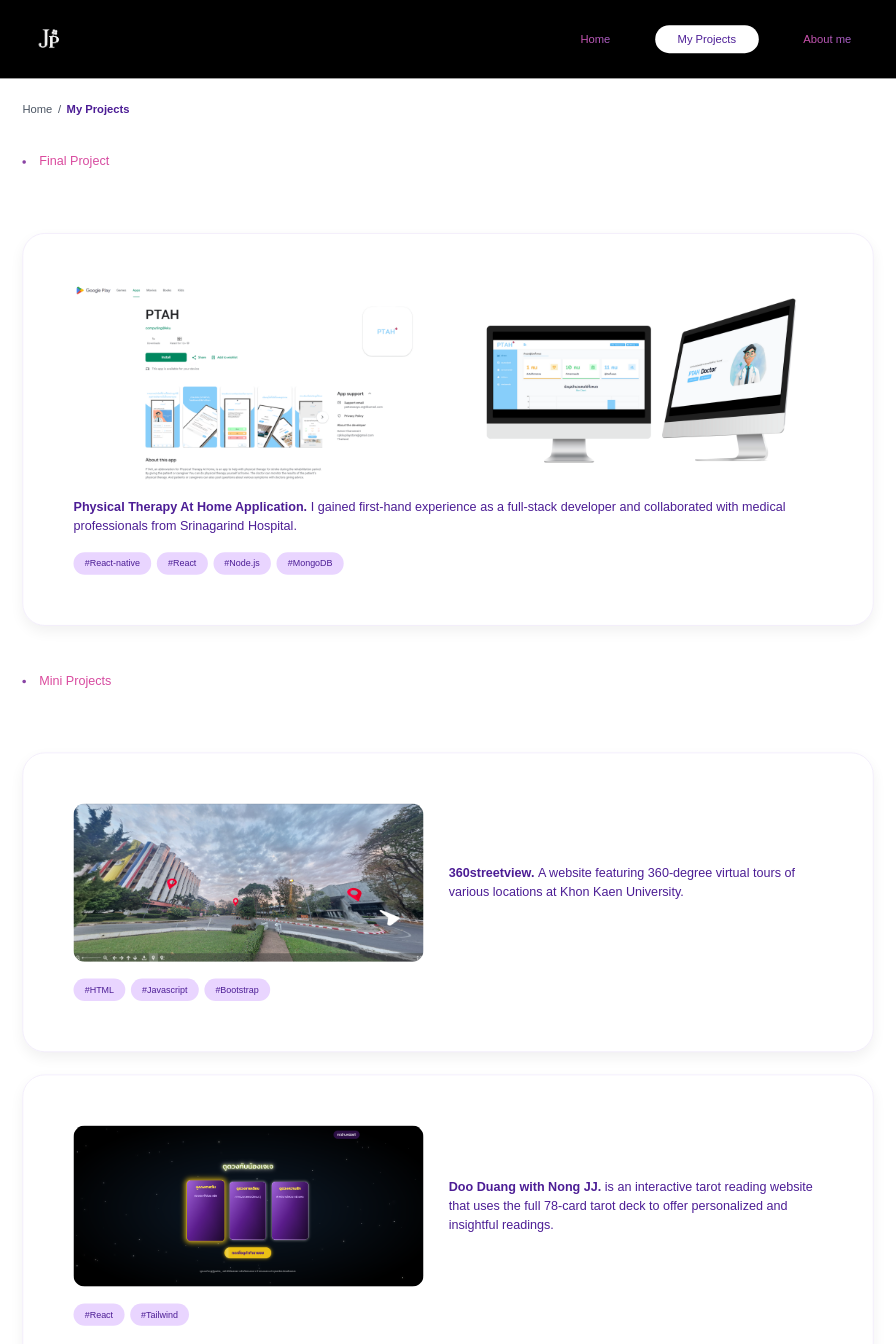
Repository: PattarasayaJJ/Portfolio-jjpatts
Page: /works
These files come from the project's save history. The page is drawn as it stood at one moment and after the next save; the edit follows.
The browser window is 1280 px wide. The pictures show the part of the page from y = 0 to 1920 px (the page is 4365 px tall before and 4650 px after), at 70% of full size.
The project was rebuilt for these pictures with package versions that can differ from the ones it lists, and the page was loaded fresh each time. Also part of the build but not shown: vite.config.js, vite.config.ts, src/header.css, src/components/Hero.jsx, src/components/Aboutme.tsx.

Above is the page before, as saved 2025-08-01 00:14:14.

### index.html
<!doctype html>
<html lang="en">
  <head>
    <meta charset="UTF-8" />
    <link rel="icon" type="image/svg+xml" href="/JPtab.png" />
    <meta name="viewport" content="width=device-width, initial-scale=1.0" />
    <title>JJPatts Portfolio</title>
  </head>
  <body>
    <div id="root"></div>
    <script type="module" src="/src/index.jsx"></script>
  </body>
</html>

### src/index.css
@import 'tailwindcss/base';
@import 'tailwindcss/components';
@import 'tailwindcss/utilities';
@import url('https://fonts.googleapis.com/css2?family=Kanit:wght@400;700&display=swap');

*{
   font-family: 'Kanit', sans-serif;

}

### src/App.jsx
import React from 'react';
import { BrowserRouter as Router, Routes, Route } from 'react-router-dom';
import { Header } from './components/Header';
import { Hero } from './components/Hero';
import { Works } from './components/Works';
import { Aboutme } from './components/Aboutme' ;
import { Footer } from './components/Footer';
export function App() {
  return (
    <Router>
      <div className="w-full min-h-screen bg-white">
        <Header />
        <main className="w-full">
          <Routes>
            <Route path="/" element={<><Hero /> </>} />
            <Route path="/works" element={<><Works /></>}/>
            <Route path="/aboutme" element={<Aboutme />} />


          </Routes>
        </main>
        <Footer />

      </div>
    </Router>
  );
}

### src/components/Header.jsx
import React, { useState } from 'react';
import { Link, useLocation } from 'react-router-dom';
import { MenuIcon, XIcon } from 'lucide-react';
import '../header.css';

export function Header() {
  const [isMenuOpen, setIsMenuOpen] = useState(false);
  const location = useLocation();

  const isActive = (path) => location.pathname === path;

  return (
    <header className="w-full bg-black py-4 px-8 relative">
      <div className="max-w-7xl mx-auto flex justify-between items-center">
        <Link to="/">
          <div className="flex items-center">
            <img src="/JP.png" alt="logo" className="w-20" />
          </div>
        </Link>

        <nav className="hidden md:flex space-x-8">
          <Link
            to="/"
            className={`font-medium px-8 py-2 rounded-full ${
              isActive('/') ? 'bg-white text-purple-600' : 'gradient-text'
            }`}
            style={isActive('/') ? { color: '#4c1d95' } : {}}
          >
            Home
          </Link>
          <Link
            to="/works"
            className={`font-medium px-8 py-2 rounded-full ${
              isActive('/works') ? 'bg-white text-purple-600' : 'gradient-text'
            }`}
            style={isActive('/works') ? { color: '#4c1d95' } : {}}
          >
            My Projects
          </Link>
          <Link
            to="/aboutme"
            className={`font-medium px-8 py-2 rounded-full ${
              isActive('/aboutme') ? 'bg-white text-purple-600' : 'gradient-text'
            }`}
            style={isActive('/aboutme') ? { color: '#4c1d95' } : {}}
          >
            About me
          </Link>
        </nav>

        <button className="md:hidden text-white" onClick={() => setIsMenuOpen(!isMenuOpen)}>
          {isMenuOpen ? <XIcon size={24} /> : <MenuIcon size={24} />}
        </button>
      </div>

      <div
        className={`
          fixed top-0 right-0 w-64 h-full bg-black z-50 transform transition-transform duration-300 ease-in-out
          ${isMenuOpen ? 'translate-x-0' : 'translate-x-full'}
          md:hidden
        `}
      >
        <div className="p-6">
          <button className="text-white mb-8" onClick={() => setIsMenuOpen(false)}>
            <XIcon size={24} />
          </button>
          <nav className="flex flex-col space-y-6">
            <Link
              to="/"
              className={`font-medium px-6 py-2 rounded-full block text-center ${
                isActive('/') ? 'bg-white text-purple-600' : 'gradient-text'
              }`}
              style={isActive('/') ? { color: '#4c1d95' } : {}}
              onClick={() => setIsMenuOpen(false)}
            >
              Home
            </Link>
            <Link
              to="/works"
              className={`font-medium px-6 py-2 rounded-full block text-center ${
                isActive('/works') ? 'bg-white text-purple-600' : 'gradient-text'
              }`}
              style={isActive('/works') ? { color: '#4c1d95' } : {}}
              onClick={() => setIsMenuOpen(false)}
            >
              My Projects
            </Link>
            <Link
              to="/aboutme"
              className={`font-medium px-6 py-2 rounded-full block text-center ${
                isActive('/aboutme') ? 'bg-white text-purple-600' : 'gradient-text'
              }`}
              style={isActive('/aboutme') ? { color: '#4c1d95' } : {}}
              onClick={() => setIsMenuOpen(false)}
            >
              About me
            </Link>
          </nav>
        </div>
      </div>

      {isMenuOpen && (
        <div
          className="fixed inset-0 bg-black bg-opacity-50 z-40 md:hidden"
          onClick={() => setIsMenuOpen(false)}
        />
      )}
    </header>
  );
}

### src/components/Footer.jsx
import React from 'react';

export function Footer() {
  return (
    <footer className="w-full bg-black text-white py-8 px-8">
  <div className="max-w-7xl mx-auto flex flex-col md:flex-row justify-between items-center space-y-6 md:space-y-0">

        <div className="text-center md:text-left gradient-text ">
          <h2 className="text-lg font-semibold">Contact Me</h2>
          <p className="text-sm mt-2">Email: jj.pattarasaya@gmail.com</p>
          <p className="text-sm">Phone: 099-209-5588</p>
          <p className="text-sm">Khon Kaen 40000, Thailand</p>

        </div>

        <div className="flex space-x-4 ">
        <a href="https://github.com/PattarasayaJJ" target="_blank" rel="noopener noreferrer">
        <img src="https://github.githubassets.com/favicons/favicon.png" alt="GitHub" />

  </a>

        </div>
      </div>

      <div className="text-center text-xs text-gray-400 mt-6 ">
        © {new Date().getFullYear()} JJPatts. All rights reserved.
      </div>
    </footer>
  );
}

### src/hero.css

.hero-section {
  max-width: 80rem;
    margin: 0 auto;
    padding: 2rem;
}

.hero-container {
  max-width: 80rem;
  margin: 0 auto;
  display: flex;
  flex-direction: column;
  gap: 2rem;
  justify-content: space-between;
  align-items: center;
}

.hero-image-wrapper {
  position: relative;
  z-index: 10;
  overflow: visible;
}


@keyframes gradientShift {
  0% {
    background: radial-gradient(
      circle at center,
      rgba(244, 114, 182, 0.5),
      rgba(216, 180, 255, 0.3),
      transparent 70%
    );
  }
  50% {
    background: radial-gradient(
      circle at center,
      rgba(129, 140, 248, 0.5),
      rgba(216, 180, 255, 0.4),
      transparent 70%
    );
  }
  100% {
    background: radial-gradient(
      circle at center,
      rgba(244, 114, 182, 0.5),
      rgba(216, 180, 255, 0.3),
      transparent 70%
    );
  }
}


.hero-image-wrapper::before {
  content: "";
  position: absolute;
  top: 50%;
  left: 50%;
  width: 150%;
  height: 150%;
  transform: translate(-50%, -50%);
  filter: blur(80px);
  z-index: 5;
  pointer-events: none;
  animation: gradientShift 5s ease-in-out infinite;
}



.hero-left {
  position: relative;
  width: 100%;
}

@media (min-width: 768px) {
  .interest{
    list-style: none;
    color: #4c1d95;
    font-size: 1.125rem;


  }

  li{
    list-style: disc;
    color: #4d1d95a2;
    line-height: 1.8rem;
    font-size: 1.125rem;


  }
  .hero-container {
    flex-direction: row;
  }
  .hero-left {
    width: 50%;
  }
  .final-project-card-ex {
    border-radius: 2rem;
    padding: 2.5rem;
    box-shadow: 0 8px 20px rgba(0, 0, 0, 0.06);
    border-width:2px;
    border-style:dashed;
    border-color: #4c1d95;
  }
  .hero-right {
    width: 50%;
    text-align: right;
  }
}





.hero-text-box {
  color: #4c1d95;
  max-width: 36rem;
  margin-left: auto;
}



.hero-quote {
  font-size: 1.125rem;
  margin-bottom: 1rem;

}

.hero-name {
  font-weight: 700;
  margin-top: 1rem;


}




@keyframes swingImage {
  0% {
    transform: rotate(0deg);
  }
  25% {
    transform: rotate(-3deg);
  }
  50% {
    transform: rotate(0deg);
  }
  75% {
    transform: rotate(3deg);
  }
  100% {
    transform: rotate(0deg);
  }
}

.hero-main-image {
  width: 100%;
  max-width: 28rem;
  margin: 0 auto;
  position: relative;
  z-index: 20;
  animation: swingImage 5s ease-in-out infinite;
  transform-origin:center;
}


@media (max-width: 767px) {
  .hero-image-wrapper::before {
    width: 100%;
    height: 100%;
    filter: blur(60px);
  }
  .hero-main-image {
    width: 90%;
    max-width: 20rem;
  }

  .hero-text-box {
    max-width: 100%;
    margin-left: 0;
    padding: 0 1rem;
  }
  .hero-quote {
    font-size: 1rem;

  }

  .bottom-caption {
    font-size: 1rem;
    color: #4c1d95;
    align-self: center;
    text-align: center;

  }
  .uxui{
    font-size: 1rem;
    color: #4c1d95;
    text-align: center;
    line-height: 1.5;
    font-weight: bold;

  }
  .final-project-card-ex {
    border-radius: 2rem;
    padding: 2.5rem;
    box-shadow: 0 8px 20px rgba(0, 0, 0, 0.06);
    border-width:2px;
    border-style:dashed;
    border-color: #4c1d95;
  }
  .interest{
    list-style: none;
    color: #4c1d95;

  }
  li{
    font-size: 1rem;
    color: #4d1d95a2;
    line-height: 1.8rem;

  }

}







  @media (min-width: 768px) {
    .experience-title {
      text-align: left;
      font-size: 1.5rem;
    }
  }



  @media (min-width: 768px) {

  }


  @media (min-width: 768px) {
    .bottom-image {
      width:100%;
      max-width: 700px;
      border-radius: 1rem;
    }


    .bottom-caption {
      font-size: 1.125rem;
      color: #4c1d95;
      align-self: center;
      text-align: center;

    }
    .uxui{
      font-size: 1.125rem;
      color: #4c1d95;
      text-align: center;
      line-height: 1.5;
      font-weight: bold;

    }
  }



  .hero-name{
    font-size: 3rem;
  }

  .typing {
    display: inline-block;
    overflow: hidden;
    white-space: nowrap;
    animation: typing 2s steps(13) forwards;
  }

  @keyframes typing {
    from { width: 0 }
    to { width: 13ch }
  }

### src/projects.css
.projects-section {
  max-width: 80rem;
  margin: 0 auto;
  padding: 2rem 1rem;
  background-color: #ffffff;
  width: 100%;
}

.projects-container {
  max-width: 80rem;
  margin: 0 auto;
  display: flex;
  flex-direction: column;
  gap: 2rem;
}

.final-project-card {
  background: linear-gradient(to right, #FFFFFF, #E1D0F9);
  border-radius: 2rem;
  padding: 2rem;
  box-shadow: 0 8px 20px rgba(0, 0, 0, 0.06);
  display: flex;
  flex-direction: column;
  align-items: center;
  gap: 1.5rem;
}

 .minicard{
    background: linear-gradient(to right, #ffffff, #ffffff);
    border-radius: 2rem;
    padding: 2.5rem;
    box-shadow: 0 8px 20px rgba(0, 0, 0, 0.06);
      border: 1px solid #eee7f9; /* สีม่วงเข้ม ชัดๆ */

  }

.final-project-content {
  display: flex;
  flex-direction: row;
  align-items: center;
  justify-content: space-between;
  gap: 2em;
  font-size: 1.125rem;
  color: #4c1d95;
}

.final-project-text {
  width: 100%;
}

.project-title,
.final-project-title {
  font-size: 1.5rem;
  margin-bottom: 1.5rem;
  padding: 2rem 0;
  color: #DD489B;
}

.project-card.mini .project-title {
  color: #9067D3;
}

.final-project-image {
  flex-shrink: 0;
  width: 500px; /* หรือเท่าที่เหมาะสม */
  max-width: 500px;
}

.project-screenshot {
  width: 100%;
  height: auto;
  border-radius: 1rem;
  object-fit: cover;
}
.final-project-content > .final-project-content:last-child {
  flex: 1;
}


.moreproject {
  width: fit-content;
  height: 3rem;
  border-radius: 16px;
  display: flex;
  align-items: center;
  justify-content: center;
  font-size: 1.125rem;
  cursor: pointer;
  transition: background-color 0.3s, transform 0.2s;
  text-decoration: none;
  margin: 2rem auto 0;
  box-shadow: 0 4px 10px rgba(0, 0, 0, 0.05);
  animation: pulseMove 2s ease-in-out infinite;
  background-color: black;
  padding: 0 1.5rem;
}

.moreproject:hover {
  background-color: #f2f2f2;
  transform: scale(1.08);
}

.arrow-icon {
  padding: 0.5rem;
  font-weight: bold;
}

@keyframes pulseMove {
  0% {
    transform: scale(1);
  }

  50% {
    transform: scale(1.05);
  }

  100% {
    transform: scale(1);
  }
}

@media (max-width: 767px) {
  .projects-section {
    padding: 2rem 1rem;
  }

  .final-project-card {
    padding: 2rem;
    border-radius: 1.5rem;
  }

  .final-project-content {
    flex-direction: column;
    font-size: 1rem;
  }

  .final-project-text {
    width: 100%;
  }

  .final-project-image {
    width: 100%;
  }

  .project-title {
    font-size: 1.25rem;
  }

  .icon-wrapper {
    width: 2rem;
    height: 2rem;
  }

  .project-screenshot {
    margin-top: 1rem;
  }

  .mini-projects-grid {
    gap: 1.5rem;
  }

  .text-final,
  .appname {
    text-align: center;
    font-size: 1rem;
    color: #4c1d95;
    font-weight: 700;
  }
}

@media (min-width: 768px) {
  .projects-section {
    padding: 2rem;
  }

  .project-title {
    font-size: 2rem;
  }

  .project-image {
    max-width: 1000px;
  }

  .text-final,
  .final-project-content,
  .appname {
    font-size: 1.125rem;
    color: #4c1d95;
  }

  .appname {
    font-weight: 700;
  }
}

@media (min-width: 768px) and (max-width: 1024px) and (orientation: portrait) {
  .final-project-content {
    flex-direction: column;
  }
}

### src/work.css
.projects-section {
    width: 100%;
    background-color: #ffffff;
    padding: 2rem 1rem;
  }

  .projects-container {
    max-width: 80rem;
    margin: 0 auto;
    display: flex;
    flex-direction: column;
    gap: 2rem;
  }


  .project-card {
    background: linear-gradient(to right, #FFFFFF, #E1D0F9); /* pink -> purple อ่อน */
    border-radius: 2rem;
    padding: 2rem;
    box-shadow: 0 4px 10px rgba(0, 0, 0, 0.05);
    display: flex;
    flex-direction: column;
    align-items: center;
    gap: 1.5rem;
  }


  .final-project-card-text{
    padding: 2rem;
    display: flex;
    flex-direction: column;
    gap: 1.5rem;
    font-size: 1.125rem;
    color: #4c1d95;



  }

  .project-card.final {
    background: linear-gradient(to right, #FFFFFF, #E1D0F9);
  }
  .mini-project-card {
    background: linear-gradient(to right, #FFFFFF, #E1D0F9);
  }
  .project-card.final .project-title {
    color: #DD489B;
  }


  .project-card.mini .project-title {
    color: #9067D3;
  }



  .project-image {
    width: 100%;
    max-width: 800px;
    border-radius: 1rem;
  }

  .project-name{
    font-size: 1.5rem;
  }




  @media (min-width: 768px) {
    .projects-section {
      padding: 2rem;
    }

    .project-title {
      font-size: 2rem;
    }

    .project-image {
      max-width: 1000px;
    }

    .final-project-content{
      font-size: 1.125rem;
      color: #4c1d95;

    }
    .appname{
      font-size: 1.125rem;
      color: #4c1d95;
      font-weight: 700;



  }
  }

  @media (max-width: 767px) {
    .project-title {
      font-size: 1.25rem;
    }

    .project-image {
      max-width: 100%;
    }
    .text-final{
      text-align: center;


    }
    .final-project-content{
      font-size: 1rem;
      color: #4c1d95;

    }
    .appname{
      font-size: 1rem;
      color: #4c1d95;
      font-weight: 700;



  }
  }

### src/aboutme.css
.about-container {
    max-width: 80rem;
    margin: 0 auto;
    padding: 2rem;
  }

  .about-columns {
    display: flex;
    flex-direction: column;
    gap: 1rem;
  }

 .soft-skills-card, .skills-card {
  padding: 2.5rem;
  box-shadow: 0 8px 20px rgba(0, 0, 0, 0.06);
  border-left: 10px solid;
  border-radius: 7px;
  border-color:#DD489B;
  padding: 1.5rem;
  }

  .profile-card {
  box-shadow: 0 8px 20px rgba(0, 0, 0, 0.06);
  border-left: 10px solid;
  border-radius: 7px;
    border-color: #4c1d95;
    margin-bottom: 1rem;
  }
  .avatar-wrapper {
    width: 20rem;
    height: 15rem;
    overflow: hidden;
    margin: 0 auto 0 auto;
  }
  .avatar{
    border-radius: 2rem;
    margin-bottom: 15px;
    padding-top: 0;
    padding-bottom: 10px;

  }
  .avatar-wrapper img {
    width: 100%;
    height: 100%;
    object-fit: contain;
  }





  .email {
    margin-top: 0rem;
    text-align: center;
    color: gray;
    font-size:1rem;
  }
  .social-icons {
    margin-top: 0.5rem;
    display: flex;
    justify-content: center;
  }
  .social-icons img {
    width: 20px;
    height: 20px;
  }
  .social-icons img:hover {
    filter: grayscale(100%) brightness(150%);
  }
  .profile-bio {
    padding: 1rem;
  }
  .profile-bio .name {
    font-size: 1rem;
    color: #4c1d95;
  }
  .section-title-soft {
    font-size: 1.125rem;
    display: inline-block;
    margin-bottom: 0.5rem;
    margin-top: 1rem;

  }
  .section-title {
    font-size: 1.125rem;
    display: inline-block;
    margin-bottom: 0.5rem;

  }


  .gradient-text {
    background: linear-gradient(to right, #DD489B, #9067D3);
    -webkit-background-clip: text;
    -webkit-text-fill-color: transparent;
  }
  .skills-list {
    display: flex;
    flex-wrap: wrap;
    gap: 0.5rem;
  }

  .tag {
    padding: 0.4rem 1rem;
    border-radius: 9999px;
    font-size: 0.8rem;
  }

  .tag.pink {
    background-color: #fbcfe8;
    color: #4c1d95;;

  }

  .tag.purple {
    background-color: #e9d5ff;
    color: #4c1d95;;

  }
  .tag.soft {
    background-color: #e5dfee;
    color: #4c1d95;;

  }

  .certificate{
    width: 80%;
    margin: 0 auto;

  }





  @media (min-width: 768px) {
    .about-columns {
    }
    .profile-column, .skills-column {
      width: 100%;
    }


  }

  @media (max-width: 767px) {
    .avatar-wrapper {
      width: 8rem;
      height: 15rem;
    }
    .profile-bio .name {
      font-size: 0.75rem;
      color: #4c1d95;

    }
    .tag {
      padding: 0.5rem 1rem;
      border-radius: 9999px;
      font-size: 0.75rem;
    }
    .email {
      margin-top: 0rem;
      text-align: center;
      color: #4c1d95;
      font-size:0.75rem;

    }
    .section-title {
      font-size: 1rem;
    }
    .section-title-soft {
      font-size: 1rem;
    }
    .social-icons {
      margin-top: 0.5rem;
      display: flex;
      justify-content: center;
      gap: 1rem;
    }
    .social-icons img {
      width: 16px;
      height: 16px;
    }

  }

  .breadcrumb {
  margin-bottom: 1rem;
  font-size: 1rem;
  color: #4B5563;
  display: flex;
  align-items: center;
}

.breadcrumb-link {
  color: #4B5563;
  text-decoration: none;

}

.breadcrumb-link:hover {
  text-decoration: underline;
}

.breadcrumb-separator {
  margin: 0 0.5rem;
}

.breadcrumb-current {
  font-weight: bold;
  color: #4c1d95;

}

Loaded but not shown: src/index.jsx (common file); tailwind.config.js (common file); src/components/Works.jsx (356 lines, source omitted)

After the next save:
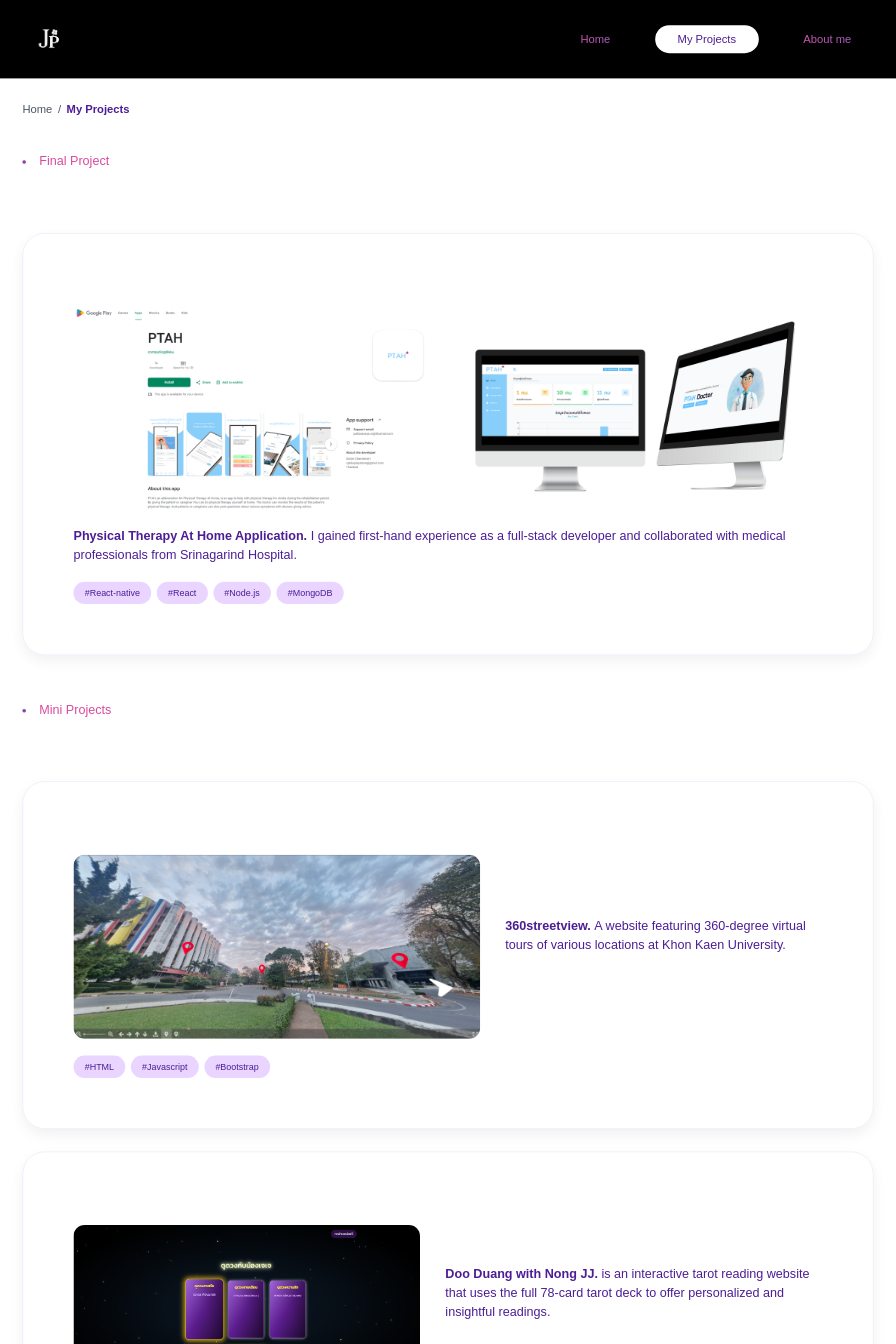
Saved 4 s later.
--- a/src/projects.css
+++ b/src/projects.css
@@ -60,22 +60,19 @@
   color: #9067D3;
 }
 
-.final-project-image {
-  flex-shrink: 0;
-  width: 500px; /* หรือเท่าที่เหมาะสม */
-  max-width: 500px;
-}
-
+.project-image,
+.final-project-image,
 .project-screenshot {
   width: 100%;
+  max-width: 800px;
   height: auto;
   border-radius: 1rem;
   object-fit: cover;
+  display: flex;
+  align-items: center;
+  justify-content: center;
+  margin-top: 1rem;
 }
-.final-project-content > .final-project-content:last-child {
-  flex: 1;
-}
-
 
 .moreproject {
   width: fit-content;
